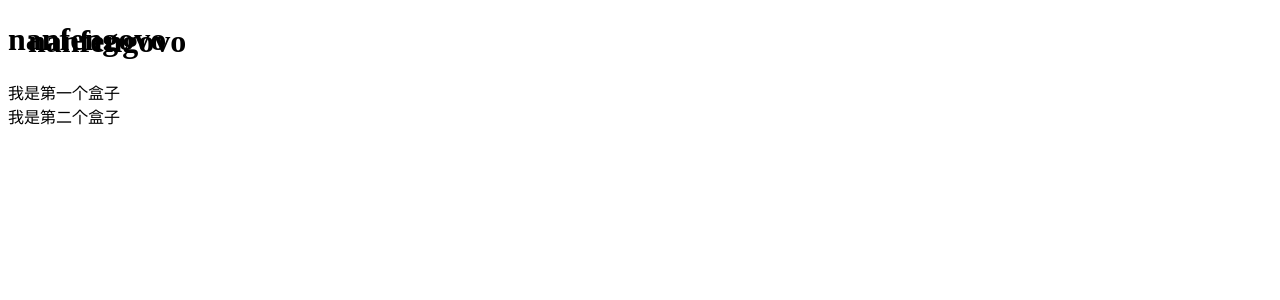
Repository: nanfengovo/CSS
Page: shadow.html
The author's editor kept a copy of each file at every save. The page is drawn from the files as they stood at one save, then again after the next save.
The browser window is 1280 px wide. The pictures show the whole page.

Above is the page before, as saved 2025-01-01 09:48:44.

After the next save:
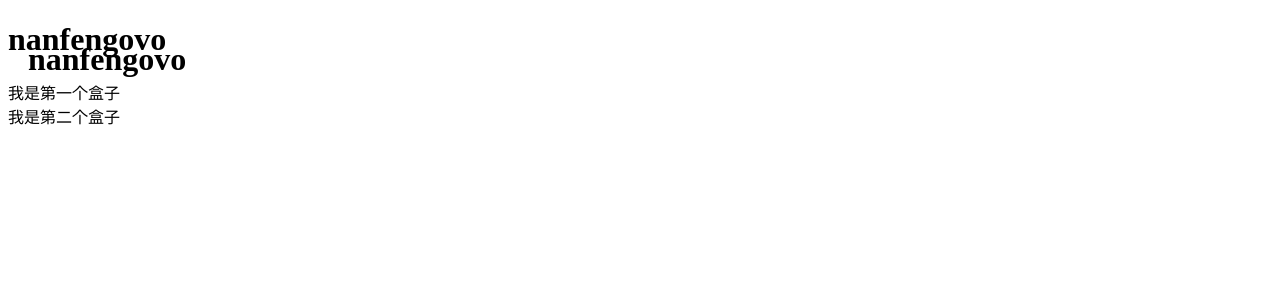
Saved 4 s later.
--- a/shadow.html
+++ b/shadow.html
@@ -6,7 +6,7 @@
     <title>CSS阴影</title>
     <style>
         h1{
-            text-shadow: 20px 2px;
+            text-shadow: 20px 20px;
         }
     </style>
 </head>
